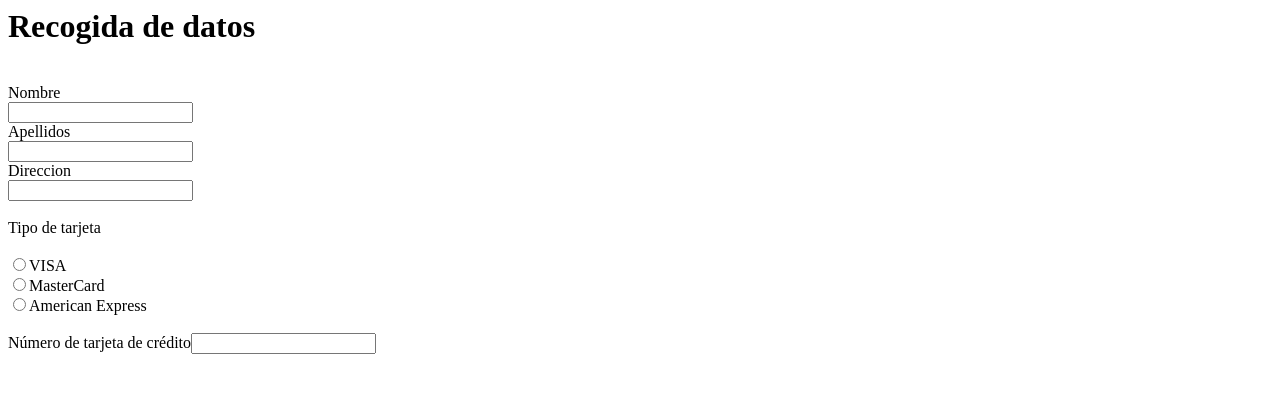
Repository: juvaga2000/eclipsetemp
Page: EjerciciosT1/src/main/webapp/ejer3.html
The author's editor kept a copy of each file at every save. The page is drawn from the files as they stood at one save, then again after the next save.
The browser window is 1280 px wide. The pictures show the whole page.

Above is the page before, as saved 2022-10-04 08:48:52.

### EjerciciosT1/src/main/webapp/ejer3.html
<html>
<head>
<meta charset="ISO-8859-1">
<title>Insert title here</title>
</head>
<body>
	<h1>Recogida de datos</h1>
	<br>
	<form action="ejer1HolaMundo" method="post">
		Nombre<br>
		<input type="text" name="nombre" value=""><br>
		Apellidos<br>
		<input type="text" name="apellidos" value=""><br>
		Direccion<br>
		<input type="text" name="direccion" value="">
		<br><br>
		Tipo de tarjeta<br><br>
		<input type="radio" name="tarjeta" value="VISA">VISA<br>
		<input type="radio" name="tarjeta" value="MasterCard">MasterCard<br>
		<input type="radio" name="tarjeta" value="American Express">American Express<br><br>
		Número de tarjeta de crédito<input type="text" name="tarjeta" value="">
	</form>
</body>
</html>

After the next save:
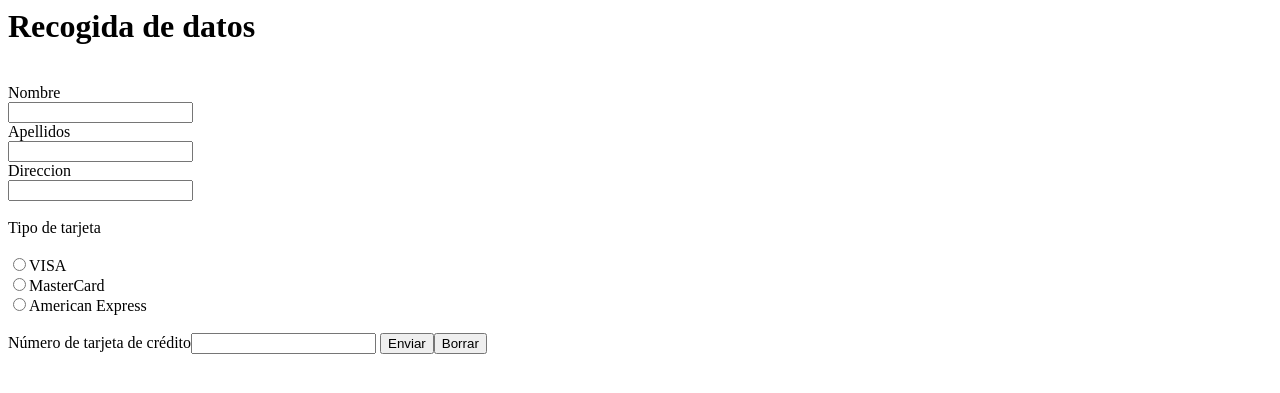
Saved 51 s later.
--- a/EjerciciosT1/src/main/webapp/ejer3.html
+++ b/EjerciciosT1/src/main/webapp/ejer3.html
@@ -19,6 +19,7 @@
 		<input type="radio" name="tarjeta" value="MasterCard">MasterCard<br>
 		<input type="radio" name="tarjeta" value="American Express">American Express<br><br>
 		Número de tarjeta de crédito<input type="text" name="tarjeta" value="">
+		<input type="submit"  value="Enviar"><input type="reset" value="Borrar">
 	</form>
 </body>
 </html>
